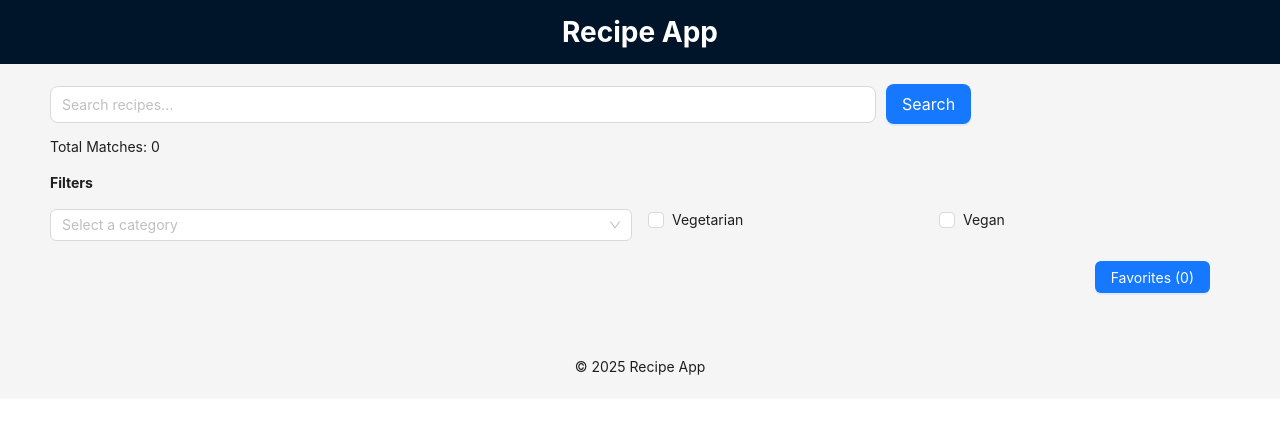
Repository: LearnTek-In-Private-Limited/recipie-era-premier
Page: /
An editor plug-in stored every save of this project. The page is shown before and after the next save, followed by the edit.
The browser window is 1280 px wide. The pictures show the whole page.
The page's requests for data from a server got no answer. The project was rebuilt for these pictures with package versions that can differ from the ones it lists, and the page was loaded fresh each time. No one was signed in, and anything a server would have sent is missing.

Above is the page before, as saved 2025-01-25 20:00:09.

After the next save:
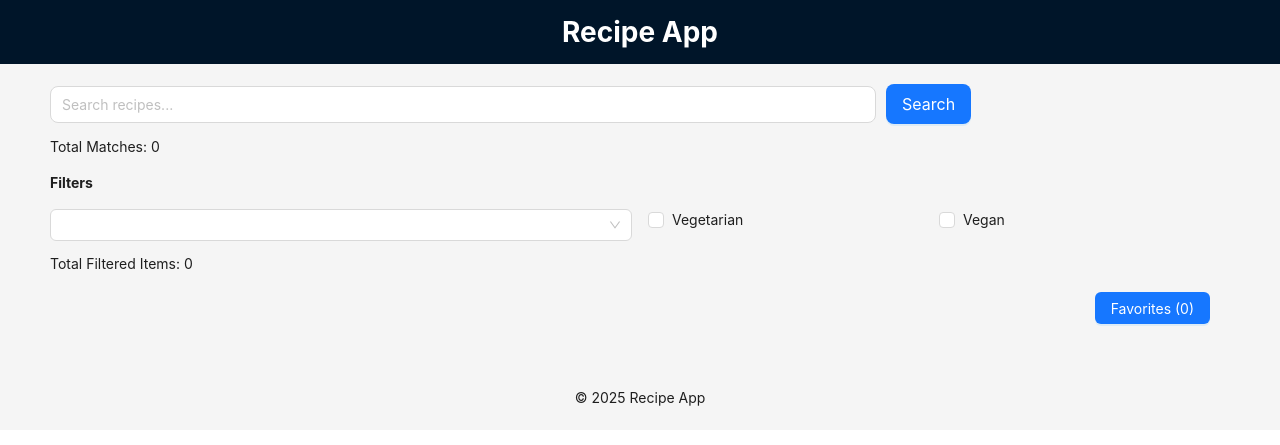
Saved 111 s later.
--- a/src/components/FilterOptions.js
+++ b/src/components/FilterOptions.js
@@ -1,21 +1,30 @@
-import React from 'react';
-import { Select, Checkbox, Row, Col } from 'antd';
-import { useDispatch } from 'react-redux';
+import React, { useEffect, useState } from 'react';
+import { Select, Checkbox, Row, Col, message } from 'antd';
+import { useDispatch, useSelector } from 'react-redux';
 import { fetchRecipes } from '../redux/actions/recipeActions';
 
 const { Option } = Select;
 
 const FilterOptions = () => {
   const dispatch = useDispatch();
+  const [selectedCategory, setSelectedCategory] = useState('');
+  const [selectedDietary, setSelectedDietary] = useState([]);
+
+  const recipeData = useSelector((state) => state.recipes.recipes); // The filtered recipe data from the store
 
   const handleCategoryChange = (value) => {
-    dispatch(fetchRecipes(value));
+    setSelectedCategory(value);
+    // Dispatch action to fetch filtered recipes based on category
+    dispatch(fetchRecipes({ category: value, dietary: selectedDietary }));
   };
 
   const handleDietaryChange = (checkedValues) => {
-    const query = checkedValues.join(',');
-    dispatch(fetchRecipes(query));
+    setSelectedDietary(checkedValues);
+    // Dispatch action to fetch filtered recipes based on dietary preferences
+    dispatch(fetchRecipes({ category: selectedCategory, dietary: checkedValues }));
   };
+
+  const totalFilteredItems = recipeData ? recipeData.length : 0;
 
   return (
     <div className="mb-4">
@@ -26,6 +35,7 @@ const FilterOptions = () => {
             style={{ width: '100%' }}
             placeholder="Select a category"
             onChange={handleCategoryChange}
+            value={selectedCategory}
           >
             <Option value="breakfast">Breakfast</Option>
             <Option value="lunch">Lunch</Option>
@@ -33,7 +43,7 @@ const FilterOptions = () => {
           </Select>
         </Col>
         <Col md={12}>
-          <Checkbox.Group style={{ width: '100%' }} onChange={handleDietaryChange}>
+          <Checkbox.Group style={{ width: '100%' }} onChange={handleDietaryChange} value={selectedDietary}>
             <Row>
               <Col span={12}>
                 <Checkbox value="vegetarian">Vegetarian</Checkbox>
@@ -45,6 +55,10 @@ const FilterOptions = () => {
           </Checkbox.Group>
         </Col>
       </Row>
+      {/* Display the total number of filtered items */}
+      <div style={{ marginTop: '10px' }}>
+        <p>Total Filtered Items: {totalFilteredItems}</p>
+      </div>
     </div>
   );
 };
